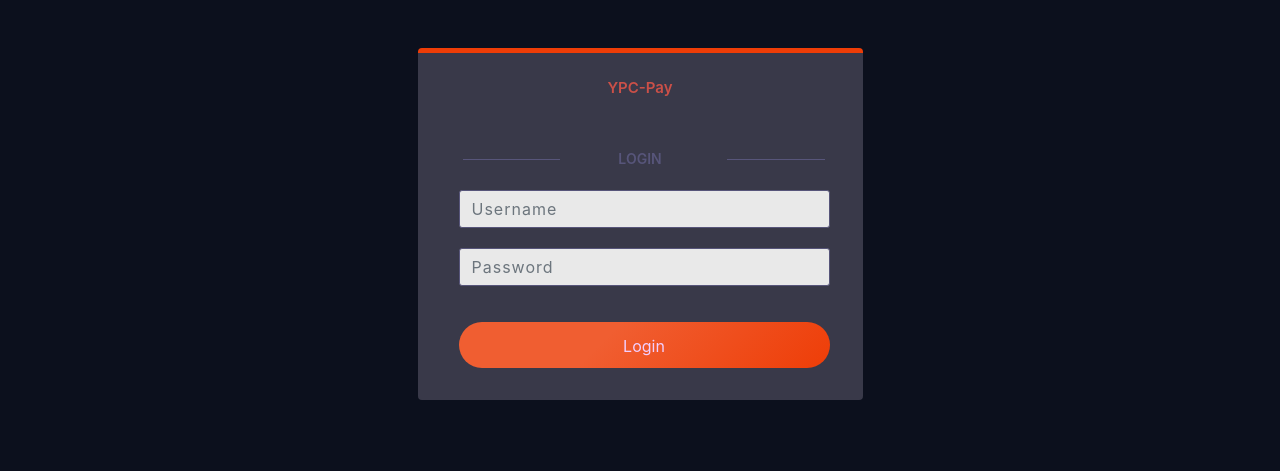
Repository: imamarin/ypcpay
Page: http://localhost/
The author's editor kept a copy of each file at every save. The page is drawn from the files as they stood at one save, then again after the next save.
The browser window is 1280 px wide. The pictures show the whole page.
Some web libraries are served in a nearby version. The page is served by the project's Laravel application, run on PHP 8.4 with Laravel 8. Other server files are loaded and not shown.

Above is the page before, as saved 2022-05-21 09:44:07.
Console error: TypeError: Cannot read properties of undefined (reading 'fn')

### routes/web.php
<?php

use Illuminate\Support\Facades\Route;
use App\Http\Controllers\LoginController;

/*
|--------------------------------------------------------------------------
| Web Routes
|--------------------------------------------------------------------------
|
| Here is where you can register web routes for your application. These
| routes are loaded by the RouteServiceProvider within a group which
| contains the "web" middleware group. Now create something great!
|
*/

Route::get('/', [LoginController::class, 'login'])->name('login');
Route::post('actionlogin', [LoginController::class, 'actionlogin'])->name('actionlogin');

Route::get('home', [HomeController::class, 'index'])->name('home')->middleware('auth');

### app/Http/Controllers/LoginController.php
<?php

namespace App\Http\Controllers;

use Illuminate\Http\Request;
use Illuminate\Support\Facades\Auth;
use Session;

class LoginController extends Controller
{
    //
    public function login()
    {
        if (Auth::check()) {
            return redirect('home');
        }else{
            return view('login');
        }
    }

    public function actionlogin(Request $request)
    {
        $data = [
            'email' => $request->input('email'),
            'password' => $request->input('password'),
        ];

        if (Auth::Attempt($data)) {
            return redirect('home');
        }else{
            // Session::flash('error', 'Email atau Password Salah');
            return redirect('/');
        }
    }

    public function actionlogout()
    {
        Auth::logout();
        return redirect('/');
    }
}

### resources/views/login.blade.php
<!DOCTYPE html>
<html lang="{{ str_replace('_', '-', app()->getLocale()) }}">
    <head>
        <meta charset="utf-8">
        <meta name="viewport" content="width=device-width, initial-scale=1">

        <title>Laravel</title>

        <!-- Fonts -->
        <link href="https://stackpath.bootstrapcdn.com/bootstrap/4.3.1/css/bootstrap.min.css" rel="stylesheet">
        <link href="https://use.fontawesome.com/releases/v5.7.2/css/all.css" rel="stylesheet">
        <script src="https://stackpath.bootstrapcdn.com/bootstrap/4.3.1/js/bootstrap.bundle.min.js"></script>
        <script src="https://cdnjs.cloudflare.com/ajax/libs/jquery/3.2.1/jquery.min.js"></script>

        <style>
            body{
                background-color: #0c101d;
            }
            .card{
                border: none;
                border-top: 5px solid  rgb(238, 61, 7);
                background: #393949;
                color: #57557A;
            }
            p{
                font-weight: 600;
                font-size: 15px;
            }
            .fab{
                display: flex;
                justify-content: center;
                align-items: center;
                border: none;
                background: #2A284D;
                height: 40px;
                width: 90px;
            }
            .fab:hover{
                cursor: pointer;
            }
            .fa-twitter{
                color: #56ABEC;
            }
            .fa-facebook{
                color: #1775F1;
            }
            .fa-google{
                color: #CB5048;
            }
            .division{
                float: none;
                position: relative;
                margin: 30px auto 20px;
                text-align: center;
                width: 100%;
                box-sizing: border-box;
            }
            .division .line{
                border-top: 1.5px solid #57557A;;
                position: absolute;
                top: 13px;
                width: 85%;
            }
            .line.l{
                left: 52px;
            }
            .line.r{
                right: 45px;

            }
            .division span{
                font-weight: 600;
                font-size: 14px;
            }
            .myform{
                padding: 0 25px 0 33px;
            }
            .form-control{
                border: 1px solid #57557A;
                border-radius: 3px;
                background: #e9e9e9;
                margin-bottom: 20px;
                letter-spacing: 1px;

            }
            .form-control:focus{
                border: 1px solid #57557A;
                border-radius: 3px;
                box-shadow: none;
                background: #212042;
                color: #fff;
                letter-spacing: 1px;
            }
            .bn{
                text-decoration: underline;
            }
            .bn:hover{
                cursor: pointer;
            }
            .form-check-input {
                margin-top: 8px!important;
                }
            .btn-primary{
            background: linear-gradient(135deg,  rgb(240, 94, 49) 39%, rgb(238, 61, 7) 101%);
            border: none;
            border-radius: 50px;
            }
            .btn-primary:focus{
                box-shadow: none;
                border: none;
            }
            small{
                color: #F2CEFF;
            }
            .far.fa-user{
                font-size: 13px;
            }

            @media(min-width: 767px){
                .bn{
                    text-align: right;
                }
            }
            @media(max-width: 767px){
                .form-check{
                    text-align: center;
                }
                .bn{
                    text-align: center;
                    align-items: center;
                }
            }
            @media(max-width: 450px){
                .fab{
                    width: 100%;
                    height: 100%;
                }
                .division .line{
                    width: 50%;
                }
            }
        </style>
    </head>
    <body>
        <div class="container">
            <div class="row d-flex justify-content-center mt-5">
                <div class="col-12 col-md-8 col-lg-6 col-xl-5">
                    <div class="card py-3 px-2">
                        <p class="text-center mb-3 mt-2" style="color: #CB5048">YPC-Pay</p>
                        {{-- <div class="row mx-auto ">
                            <div class="col-4">
                                <i class="fab fa-twitter"></i>
                            </div>
                            <div class="col-4">
                                <i class="fab fa-facebook"></i>
                            </div>
                            <div class="col-4">
                                <i class="fab fa-google"></i>
                            </div>
                        </div> --}}
                        <div class="division">
                            <div class="row">
                                <div class="col-3"><div class="line l"></div></div>
                                <div class="col-6"><span>LOGIN</span></div>
                                <div class="col-3"><div class="line r"></div></div>
                            </div>
                        </div>
                        <form class="myform">
                            <div class="form-group">
                                <input type="email" class="form-control" placeholder="Username">
                              </div>
                             <div class="form-group">
                                <input type="password" class="form-control" placeholder="Password">
                              </div>
                              <div class="row">
                                  <div class="col-md-6 col-12">
                                      {{-- <div class="form-group form-check">
                                        <input type="checkbox" class="form-check-input" id="exampleCheck1">
                                        <label class="form-check-label" for="exampleCheck1">Rester connecte</label>
                                      </div> --}}
                                  </div>
                                  {{-- <div class="col-md-6 col-12 bn">Mot se passe oublie</div> --}}
                              </div>
                              <div class="form-group mt-3">
                                  <button type="button" class="btn btn-block btn-primary btn-lg"><small>Login</small></button>
                              </div>
                        </form>
                    </div>
                </div>
            </div>
        </div>
    </body>
</html>

Loaded but not shown: app/Http/Controllers/Controller.php (common file)

After the next save:
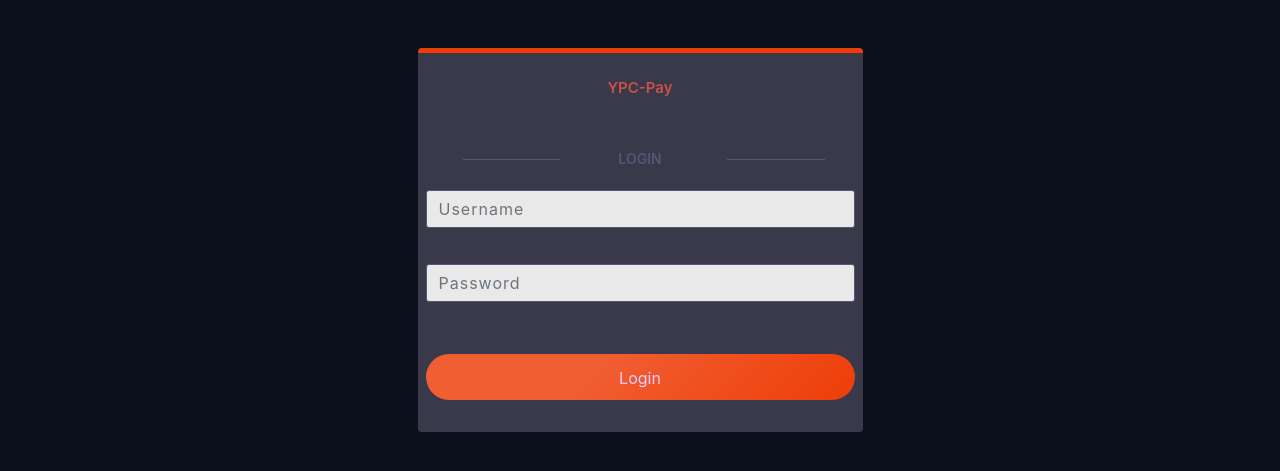
Saved 64 s later.
--- a/resources/views/login.blade.php
+++ b/resources/views/login.blade.php
@@ -143,51 +143,54 @@
     </head>
     <body>
         <div class="container">
-            <div class="row d-flex justify-content-center mt-5">
-                <div class="col-12 col-md-8 col-lg-6 col-xl-5">
-                    <div class="card py-3 px-2">
-                        <p class="text-center mb-3 mt-2" style="color: #CB5048">YPC-Pay</p>
-                        {{-- <div class="row mx-auto ">
-                            <div class="col-4">
-                                <i class="fab fa-twitter"></i>
+            <form action="{{ route('actionlogin') }}" method="post">
+                @csrf
+                <div class="row d-flex justify-content-center mt-5">
+                    <div class="col-12 col-md-8 col-lg-6 col-xl-5">
+                        <div class="card py-3 px-2">
+                            <p class="text-center mb-3 mt-2" style="color: #CB5048">YPC-Pay</p>
+                            {{-- <div class="row mx-auto ">
+                                <div class="col-4">
+                                    <i class="fab fa-twitter"></i>
+                                </div>
+                                <div class="col-4">
+                                    <i class="fab fa-facebook"></i>
+                                </div>
+                                <div class="col-4">
+                                    <i class="fab fa-google"></i>
+                                </div>
+                            </div> --}}
+                            <div class="division">
+                                <div class="row">
+                                    <div class="col-3"><div class="line l"></div></div>
+                                    <div class="col-6"><span>LOGIN</span></div>
+                                    <div class="col-3"><div class="line r"></div></div>
+                                </div>
                             </div>
-                            <div class="col-4">
-                                <i class="fab fa-facebook"></i>
-                            </div>
-                            <div class="col-4">
-                                <i class="fab fa-google"></i>
-                            </div>
-                        </div> --}}
-                        <div class="division">
-                            <div class="row">
-                                <div class="col-3"><div class="line l"></div></div>
-                                <div class="col-6"><span>LOGIN</span></div>
-                                <div class="col-3"><div class="line r"></div></div>
-                            </div>
+                            <form class="myform">
+                                <div class="form-group">
+                                    <input type="email" class="form-control" placeholder="Username">
+                                </div>
+                                <div class="form-group">
+                                    <input type="password" class="form-control" placeholder="Password">
+                                </div>
+                                <div class="row">
+                                    <div class="col-md-6 col-12">
+                                        {{-- <div class="form-group form-check">
+                                            <input type="checkbox" class="form-check-input" id="exampleCheck1">
+                                            <label class="form-check-label" for="exampleCheck1">Rester connecte</label>
+                                        </div> --}}
+                                    </div>
+                                    {{-- <div class="col-md-6 col-12 bn">Mot se passe oublie</div> --}}
+                                </div>
+                                <div class="form-group mt-3">
+                                    <button type="button" class="btn btn-block btn-primary btn-lg"><small>Login</small></button>
+                                </div>
+                            </form>
                         </div>
-                        <form class="myform">
-                            <div class="form-group">
-                                <input type="email" class="form-control" placeholder="Username">
-                              </div>
-                             <div class="form-group">
-                                <input type="password" class="form-control" placeholder="Password">
-                              </div>
-                              <div class="row">
-                                  <div class="col-md-6 col-12">
-                                      {{-- <div class="form-group form-check">
-                                        <input type="checkbox" class="form-check-input" id="exampleCheck1">
-                                        <label class="form-check-label" for="exampleCheck1">Rester connecte</label>
-                                      </div> --}}
-                                  </div>
-                                  {{-- <div class="col-md-6 col-12 bn">Mot se passe oublie</div> --}}
-                              </div>
-                              <div class="form-group mt-3">
-                                  <button type="button" class="btn btn-block btn-primary btn-lg"><small>Login</small></button>
-                              </div>
-                        </form>
                     </div>
                 </div>
-            </div>
+            </form>
         </div>
     </body>
 </html>
